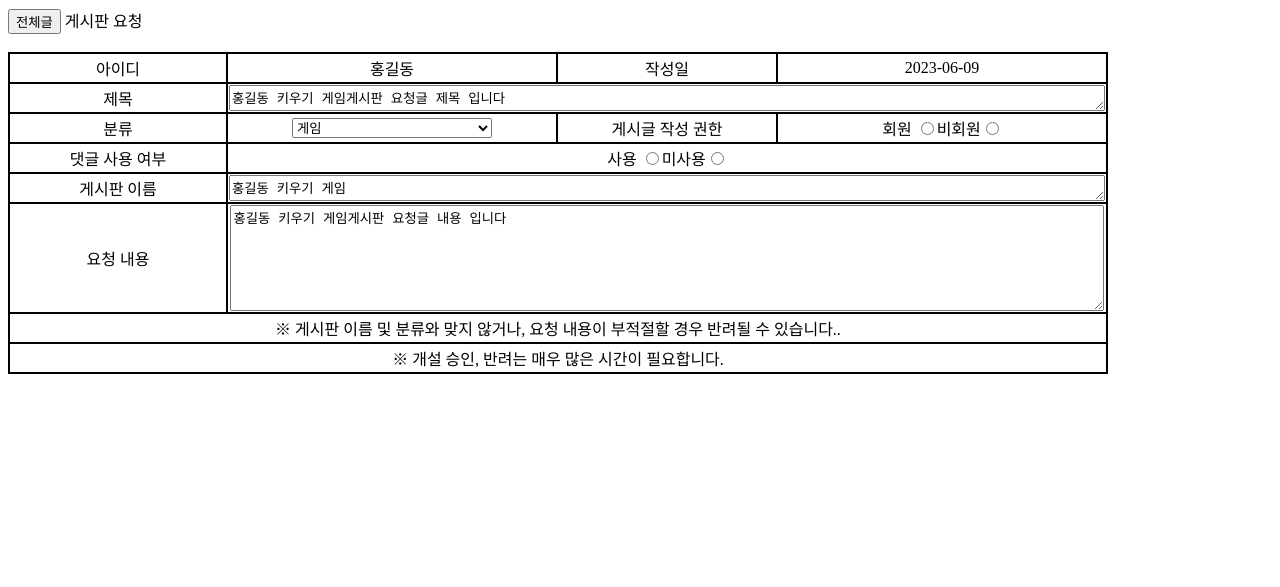
Repository: LJzero-dev/java-study
Page: http://localhost/ktbwos/bbs/request_view.jsp
These files come from the project's save history. The page is drawn as it stood at one moment and after the next save; the edit follows.
The browser window is 1280 px wide. The pictures show the whole page.
The page is served by Tomcat 9. Other server files are loaded and not shown.

Above is the page before, as saved 2023-06-11 06:10:40.

### web/ktbwos/WebContent/bbs/request_view.jsp
<%@ page language="java" contentType="text/html; charset=UTF-8" pageEncoding="UTF-8"%>
<!DOCTYPE html PUBLIC "-//W3C//DTD HTML 4.01 Transitional//EN" "http://www.w3.org/TR/html4/loose.dtd">
<html>
<head>
<meta http-equiv="Content-Type" content="text/html; charset=UTF-8">
<style>
	a:link { color:black; text-decoration:none; }
	a:visited { color:black; text-decoration:none; }
	a:hover { color:black; text-decoration:underline; }
	table, th, td {
	border:2px solid black;
	border-collapse : collapse;
	}
	tr { height:30px;}
	th { background-color:#5B9BD5; color:white;}
	td { text-align:center;}
</style>
<title>Insert title here</title>
</head>
<body>

<div width="1100">
<input type="button" value="전체글">  게시판 요청<br /><br />
<form action="">
	<table width="1100" >
		<tr>
			<td width="20%">아이디</td>
			<td width="30%">홍길동</td>
			<td width="20%">작성일</td>
			<td width="30%">2023-06-09</td>
		</tr>
		<tr>
			<td>제목</td>
			<td colspan="3"><textarea style="width:870px; height:20px">홍길동 키우기 게임게시판 요청글 제목 입니다</textarea></td>
		</tr >
		<tr>
			<td>분류</td>
				<td>
				<select name="rl_ctgr" style="width:200px; height:20px">
					<option value="a" >게임</option>
					<option value="b" >연예</option>
					<option value="c" >스포츠</option>
				</select>
				</td>
			<td>게시글 작성 권한</td>
			<td><label>회원 <input type="radio" name="rl_write" value="y" /></label><label>비회원<input type="radio" name="rl_write" value="n" /></label></td>
		</tr>
		<tr>
			<td>댓글 사용 여부</td>
			<td colspan="3"><label>사용 <input type="radio" name="rl_reply_use" value="y" /></label><label>미사용<input type="radio" name="rl_reply_use" value="n" /></label>
            </td>
		</tr>
		<tr>
			<td>게시판 이름</td>
			<td colspan="3"><textarea style="width:870px; height:20px">홍길동 키우기 게임</textarea></td>
		</tr>
		<tr>
			<td>요청 내용</td>
			<td colspan="3"><textarea style="width:99%; height:100px">홍길동 키우기 게임게시판 요청글 내용 입니다</textarea></td>
		</tr>
		<tr>
			<td colspan="4">※ 게시판 이름 및 분류와 맞지 않거나, 요청 내용이 부적절할 경우 반려될 수 있습니다..</td>
		</tr>
		<tr>
			<td colspan="4">※ 개설 승인, 반려는 매우 많은 시간이 필요합니다.</td>
		</tr>
	</table>
</form>
</div>
</body>
</html>

After the next save:
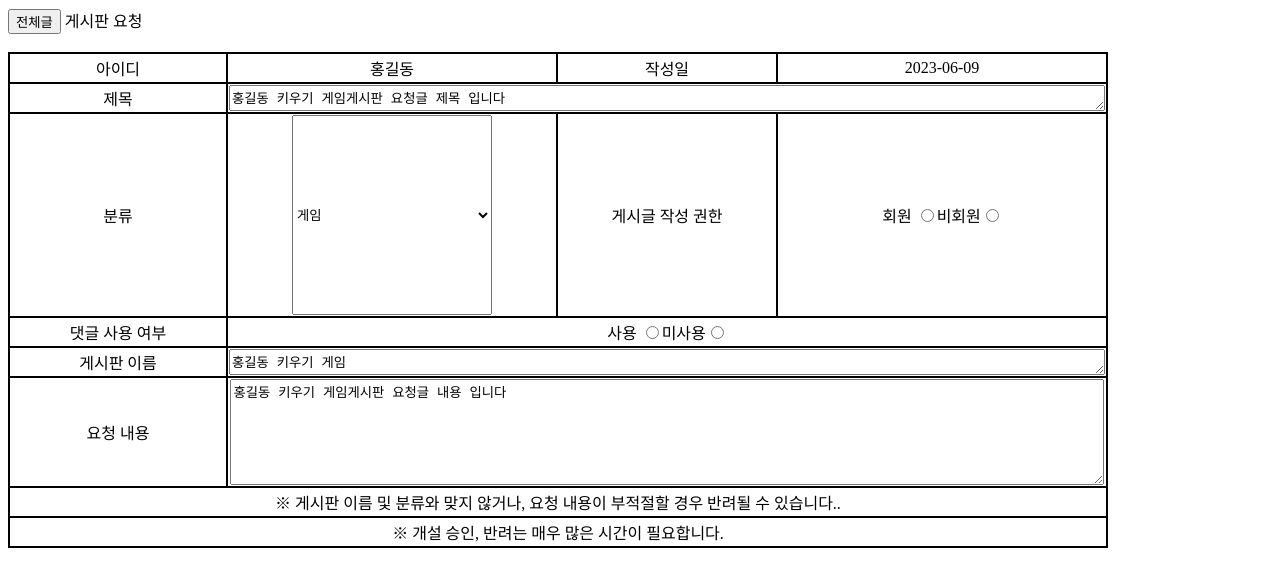
Saved 10 s later.
--- a/web/ktbwos/WebContent/bbs/request_view.jsp
+++ b/web/ktbwos/WebContent/bbs/request_view.jsp
@@ -36,7 +36,7 @@
 		<tr>
 			<td>분류</td>
 				<td>
-				<select name="rl_ctgr" style="width:200px; height:20px">
+				<select name="rl_ctgr" style="width:200px; height:200px">
 					<option value="a" >게임</option>
 					<option value="b" >연예</option>
 					<option value="c" >스포츠</option>

After the save that followed:
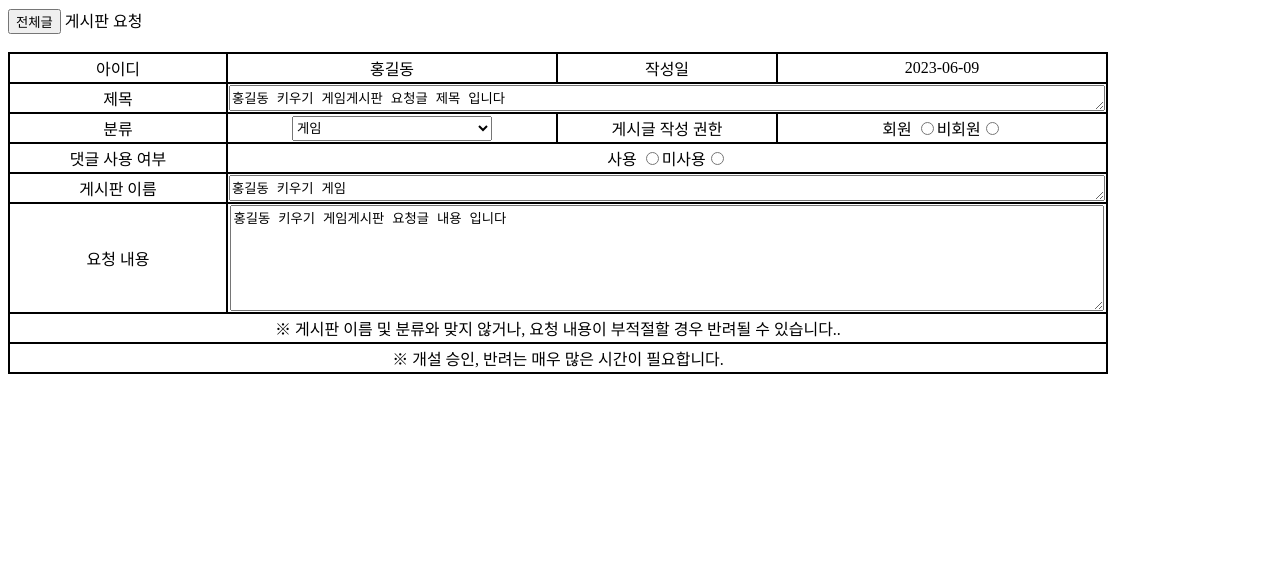
Saved 10 s later.
--- a/web/ktbwos/WebContent/bbs/request_view.jsp
+++ b/web/ktbwos/WebContent/bbs/request_view.jsp
@@ -36,7 +36,7 @@
 		<tr>
 			<td>분류</td>
 				<td>
-				<select name="rl_ctgr" style="width:200px; height:200px">
+				<select name="rl_ctgr" style="width:200px; height:25px">
 					<option value="a" >게임</option>
 					<option value="b" >연예</option>
 					<option value="c" >스포츠</option>
